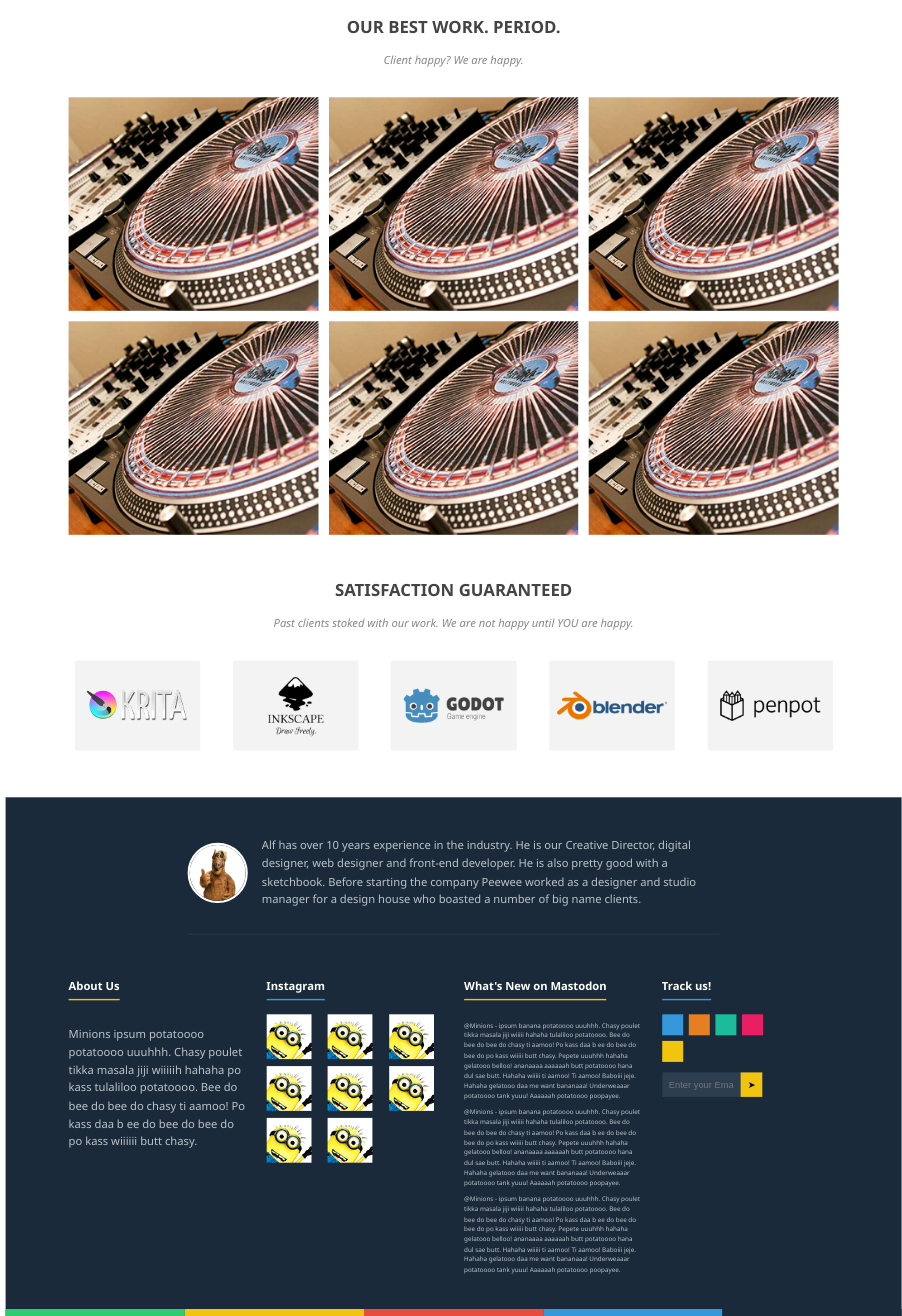
Repository: DavidYoo5/Project-1-Lab-2B-Assignment
Page: Project-1-Lab-2B-Assignment/index.html
These files come from the project's save history. The page is drawn as it stood at one moment and after the next save; the edit follows.
The browser window is 1280 px wide. The page is 1288 px wide, so the pictures cover 1288 px, including what lies to the right of the window. The pictures show the part of the page from y = 1970 to 3850 px (the page is 3850 px tall), at 70% of full size.

Above is the page before, as saved 2026-01-28 15:11:36.

After the next save:
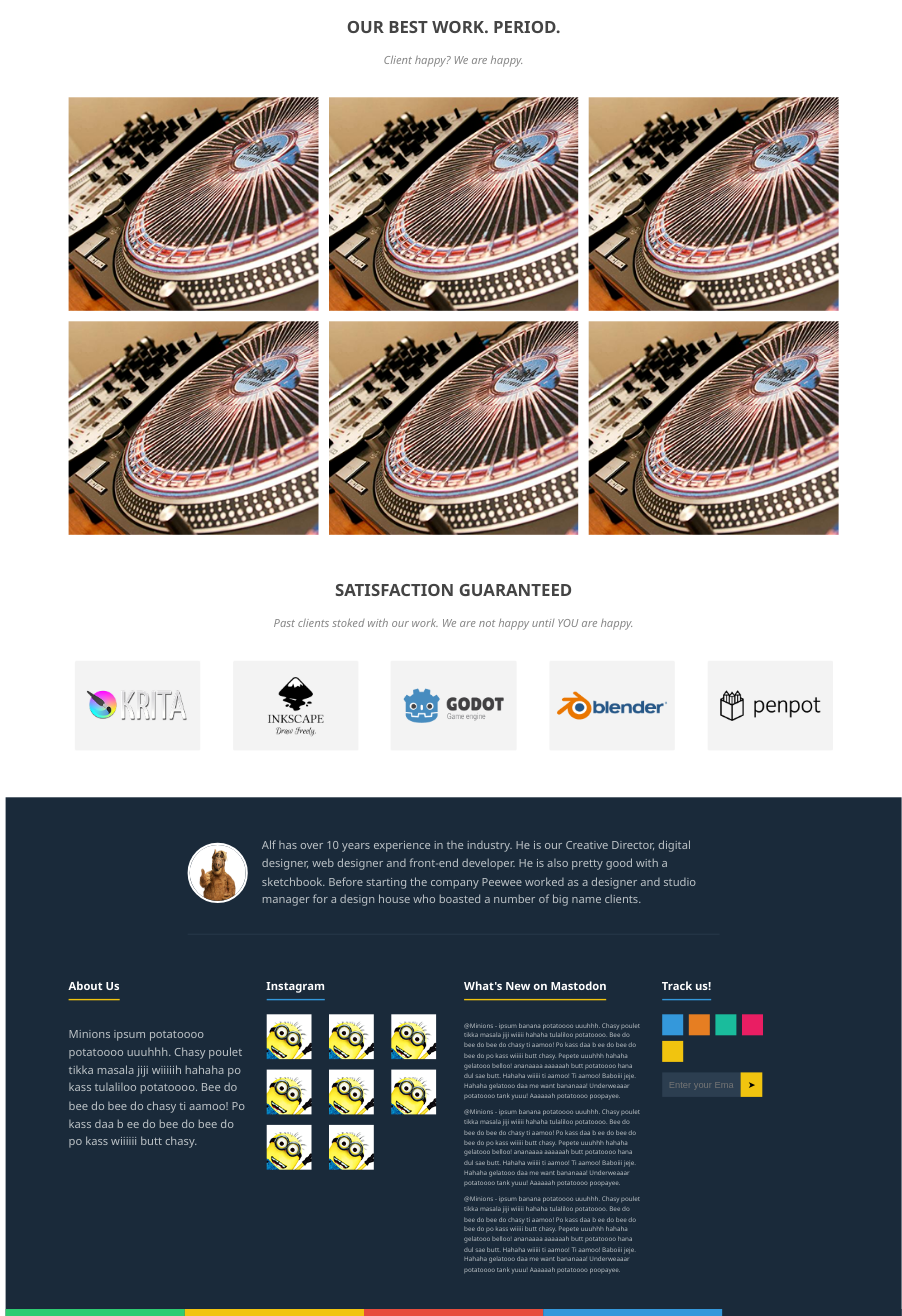
Saved 77 s later.
--- a/Project-1-Lab-2B-Assignment/style.css
+++ b/Project-1-Lab-2B-Assignment/style.css
@@ -295,8 +295,8 @@
 /* Instagram Grid */
 .insta-grid {
   display: grid;
-  grid-template-columns: repeat(3, 0.5fr);
-  gap: 10px;
+  grid-template-columns: repeat(3, 1fr);
+  gap: 15px;
 }
 
 .insta-grid img {
